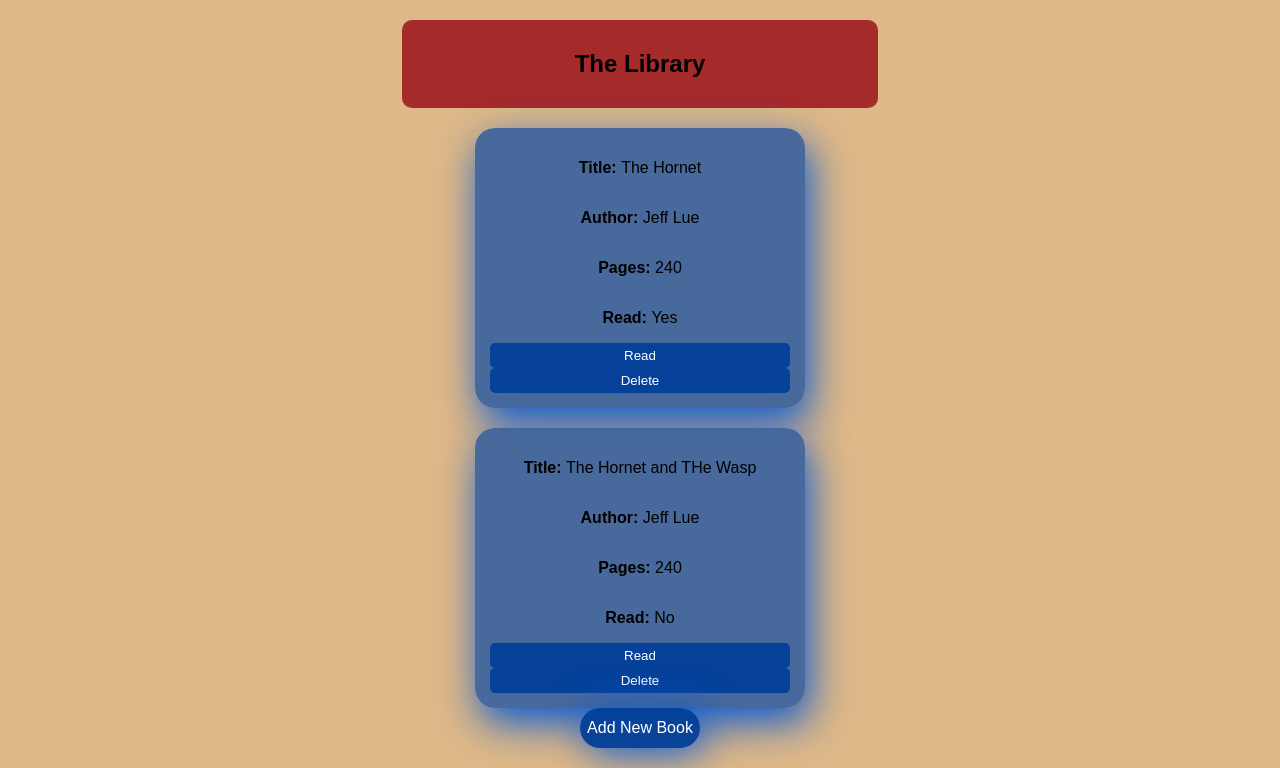
Repository: ErvinClay13/Library
Page: index.html
An editor plug-in stored every save of this project. The page is shown before and after the next save, followed by the edit.
The browser window is 1280 px wide. The pictures show the whole page.

Above is the page before, as saved 2025-01-11 04:54:02.

### index.html
<!DOCTYPE html>
<html lang="en">
<head>
    <meta charset="UTF-8">
    <meta name="viewport" content="width=device-width, initial-scale=1.0">
    <link rel="stylesheet" href="style.css">
    <link
      rel="icon"
      type="image/png"
      sizes="32x32"
      href="images/myLogo.png"
    />
    <title>The Library</title>
</head>
<body>
    <div class="container">
        <div class="heading">
            <h2>The Library</h2>
        </div>

            <div class="content" id="content"></div>

            <dialog id="myDialog">
                <div class="input">
                <form method="dialog" id="form">
                    <label for="title">Title</label>
                    <input type="text"
                           id="title"
                           name="title"
                           required>

                    <label for="author">Author</label>
                    <input type="text"
                           id="author"
                           name="author"
                           required>

                    <label for="pages">Pages</label>
                    <input type="number"
                           id="pages"
                           name="pages"
                           required>

                    <label for="read">Read</label>
                    <input type="checkbox"
                           name="read"
                           id="isRead">

                    <button type="submit" id="submit">Submit</button>
                    <div class="cancel" id="cancel">Cancel</div>


                </form>
            </div>
        </dialog>
        <footer><button id="addBook">Add New Book</button></footer>
    </div>

    <script src="script.js"></script>
</body>
</html>

### style.css
body {
    display: flex;
    justify-content: center;
    align-items: center;
    flex-direction: column;
    /* background-color: white; */
    background-color: burlywood;
    margin: 0;
    font-family: Arial, sans-serif;
}

.container {
    display: flex;
    flex-direction: column;
    align-items: center;
    padding: 20px;
}

.heading {
    display: flex;
    justify-content: space-between;
    justify-content: center;
    background-color: rgb(165, 42, 42);
    /* background-color: #42669df5; */
    /* box-shadow: 5px 5px 40px #0055d4f5; */
    width: 100%;
    max-width: 800px;
    padding: 10px 20px;
    border-radius: 10px;
    margin-bottom: 20px;
}

#addBook {
    background-color: #03409af5;
    box-shadow: 5px 5px 40px #0055d4f5;
    height: 40px;
    width: 120px;
    border-radius: 20px;
    border: none;
    font-size: 16px;
    color: white;
    cursor: pointer;
}

#addBook:hover {
    transform: scale(1.1);
    box-shadow: 2px 5px 40px #7800d4f5;
}

#content {
    display: flex;
    flex-wrap: wrap;
    gap: 20px;
    justify-content: center;
    width: 100%;
}

.card {
    display: flex;
    flex-direction: column;
    justify-content: space-between;
    text-align: center;
    border-radius: 20px;
    padding: 15px;
    background-color: #42669df5;
    width: 100%;
    max-width: 300px;
    box-shadow: 5px 15px 40px #0055d4f5;
}

.card-details {
    margin-bottom: 10px;
}

.card-buttons {
    display: flex;
    justify-content: space-between;
    gap: 10px;
}

.read, .delete {
    flex: 1;
    padding: 5px 10px;
    border: none;
    border-radius: 5px;
    color: white;
    background-color: #03409af5;
    cursor: pointer;
}

.read:hover, .delete:hover {
    background-color: #254a81f5;
}

.read:active, .delete:active {
    background-color: #42669df5;
}

dialog {
    background-color: #fefefe;
    padding: 20px;
    border: none;
    border-radius: 10px;
    box-shadow: 0px 5px 15px rgba(0, 0, 0, 0.5);
}

form {
    display: flex;
    flex-direction: column;
    gap: 10px;
}

input[type="text"], input[type="number"] {
    padding: 5px;
    border-radius: 5px;
    border: 1px solid #ccc;
}

button {
    cursor: pointer;
}

/* Responsive Styles */
@media (max-width: 768px) {
    .heading {
        flex-direction: column;
        align-items: center;
    }

    #content {
        gap: 15px;
    }

    .card {
        max-width: 100%;
    }
}

### script.js
const dialog = document.getElementById('myDialog');
const form = document.getElementById('form');
const content = document.getElementById('content');
const submit = document.getElementById('submit');
const addBook = document.getElementById('addBook');
const cancel = document.getElementById('cancel');

const myLibrary = [];

const theHornet = new Book('The Hornet', 'Jeff Lue', 240, true);
const theHornetAndTheWasp = new Book('The Hornet and THe Wasp', 'Jeff Lue', 240, false);

myLibrary.push(theHornet);
myLibrary.push(theHornetAndTheWasp);


function Book(title, author, pages, read) {
    this.title = title;
    this.author = author;
    this.pages = pages;
    this.read = read;
}

Book.prototype.info = function() {
    return `${this.title} ${this.author} ${this.pages} ${this.read}`;
}


Book.prototype.toggleRead = function() {
    this.read = !this.read;
}



addBook.addEventListener("click", () => {
    dialog.showModal();
});

cancel.addEventListener("click", () => {
    dialog.close();
});

submit.addEventListener("click", (event) => {
    event.preventDefault();

    const title = document.getElementById('title').value;
    const author = document.getElementById('author').value;
    const pages = document.getElementById('pages').value;
    const read = document.getElementById('isRead').checked;

    const newBook = new Book(title, author, pages, read);
    myLibrary.push(newBook);

    form.reset();
    showBooks();
    dialog.close();
});

function showBooks() {

    content.innerHTML = '';

    myLibrary.forEach((book, index) => {                   //going through the array myLibrary
        const card = document.createElement('div');        //creating a new card for each book created through the modal
        card.classList.add('card');                        //adding card to the class

        card.innerHTML =                                      //creating the text that will be displayed on the card
            `<p><strong>Title: </strong>${book.title}</p>
             <p><strong>Author: </strong>${book.author}</p>
             <p><strong>Pages: </strong>${book.pages}</p>
             <p><strong>Read: </strong>${book.read ? 'Yes' : 'No'}</p>`;   //using the user input to create the new book on the card

        const deleteBtn = document.createElement('button');
        deleteBtn.classList.add('delete');
        deleteBtn.textContent = ('Delete');

        deleteBtn.addEventListener("click", () => {
            myLibrary.splice(index, 1);
            showBooks();
        });

        const read = document.createElement('button');
        read.classList.add('read');
        read.textContent = ('Read');

        read.addEventListener("click", () => {
            book.toggleRead();
            showBooks();
        });

        card.appendChild(read);
        card.appendChild(deleteBtn);
        content.appendChild(card);


    })
}

showBooks();

After the next save:
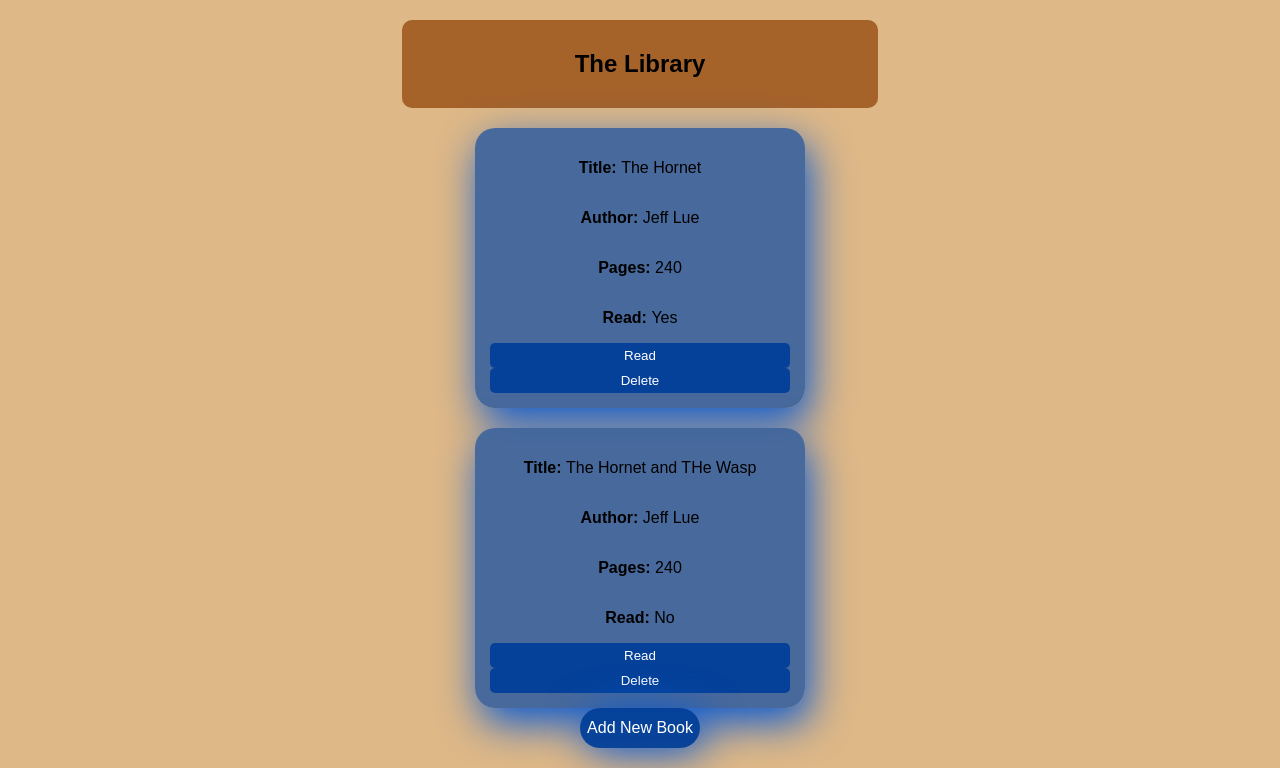
Saved 5 s later.
--- a/style.css
+++ b/style.css
@@ -20,7 +20,7 @@ body {
     display: flex;
     justify-content: space-between;
     justify-content: center;
-    background-color: rgb(165, 42, 42);
+    background-color: rgb(165, 99, 42);
     /* background-color: #42669df5; */
     /* box-shadow: 5px 5px 40px #0055d4f5; */
     width: 100%;
